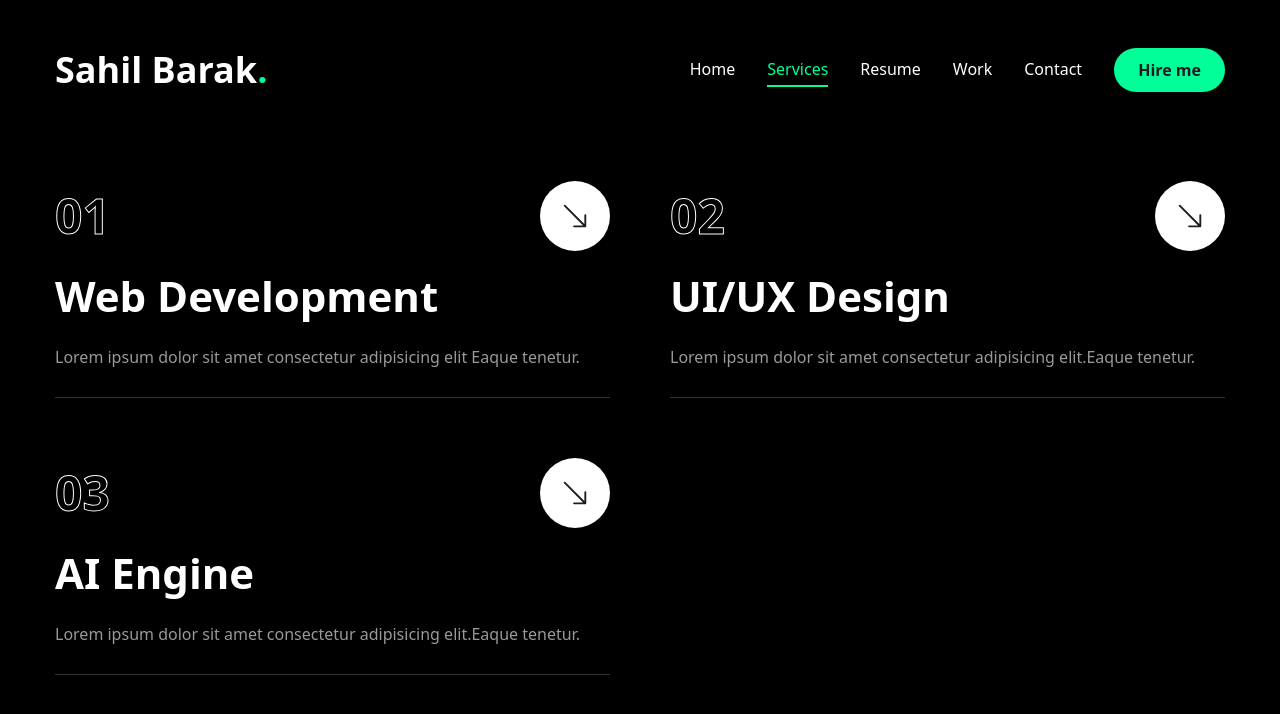
Repository: Moxsahil/My_portfolio
Page: /services (app in sahil-portfolio/)
An editor plug-in stored every save of this project. The page is shown before and after the next save, followed by the edit.
The browser window is 1280 px wide. The pictures show the whole page.
The project was rebuilt for these pictures with package versions that can differ from the ones it lists, and the page was loaded fresh each time. The framework's server and built-in components were replaced by stand-ins that run in the browser. Also part of the build but not shown: sahil-portfolio/next.config.mjs.

Above is the page before, as saved 2024-10-06 22:30:53.

After the next save:
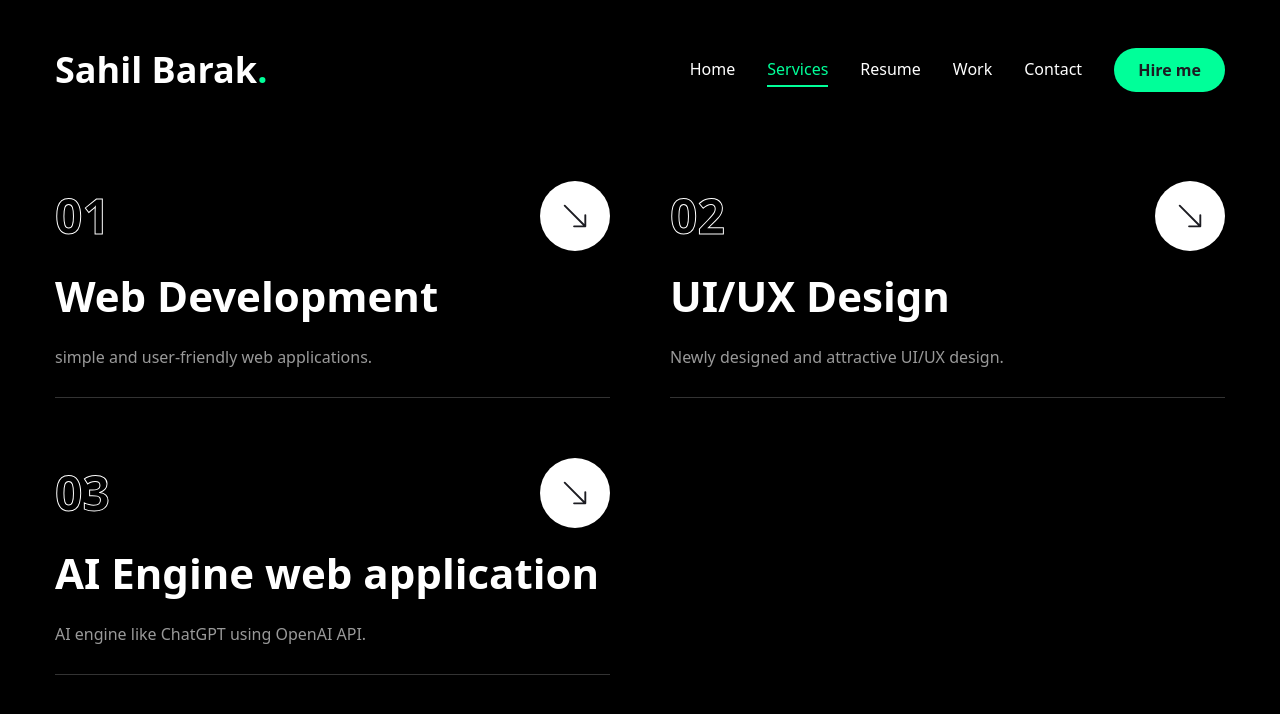
Saved 5 min 50 s later.
--- a/sahil-portfolio/app/services/page.jsx
+++ b/sahil-portfolio/app/services/page.jsx
@@ -7,17 +7,17 @@
   {
     num: '01',
     title: 'Web Development',
-    description: 'Lorem ipsum dolor sit amet consectetur adipisicing elit Eaque tenetur.'
+    description: 'simple and user-friendly web applications.'
   },
   {
     num: '02',
     title: 'UI/UX Design',
-    description: 'Lorem ipsum dolor sit amet consectetur adipisicing elit.Eaque tenetur.'
+    description: 'Newly designed and attractive UI/UX design.'
   },
   {
     num: '03',
-    title: 'AI Engine',
-    description: 'Lorem ipsum dolor sit amet consectetur adipisicing elit.Eaque tenetur.'
+    title: 'AI Engine web application',
+    description: 'AI engine like ChatGPT using OpenAI API.'
   },
 ];
 
